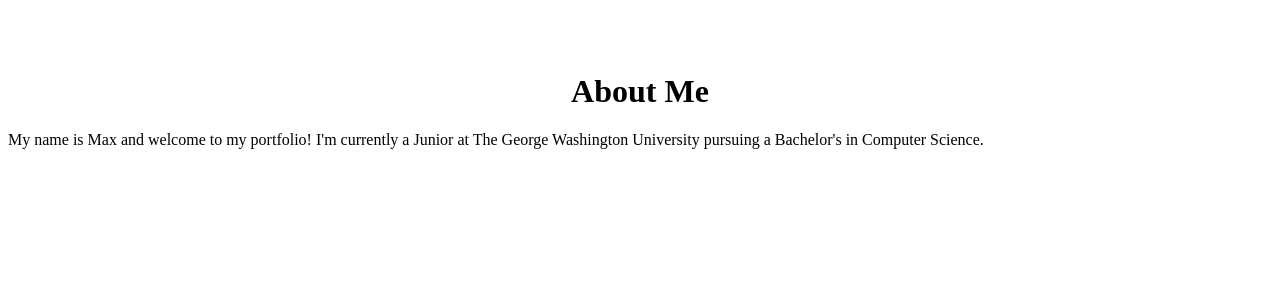
Repository: notMaximilian/maximilianaquino.github.io
Page: about.html
These files come from the project's save history. The page is drawn as it stood at one moment and after a run of saves; the edit follows.
The browser window is 1280 px wide. The pictures show the whole page.

Above is the page before, as saved 2022-02-10 09:43:26.

After the next 3 saves:
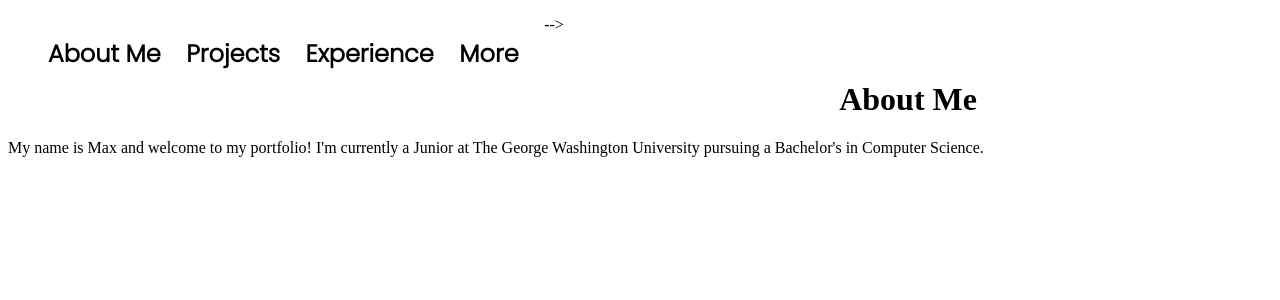
The 3 saves are shown as one change because they came seconds apart.
The last was saved 14 s later.
--- a/about.html
+++ b/about.html
@@ -12,13 +12,6 @@
 </head>
 
 <body>
-
-
-
-
-  </div>
-<!-- asdsa -->
-<!--
 
 
       <div class="mainNav">
